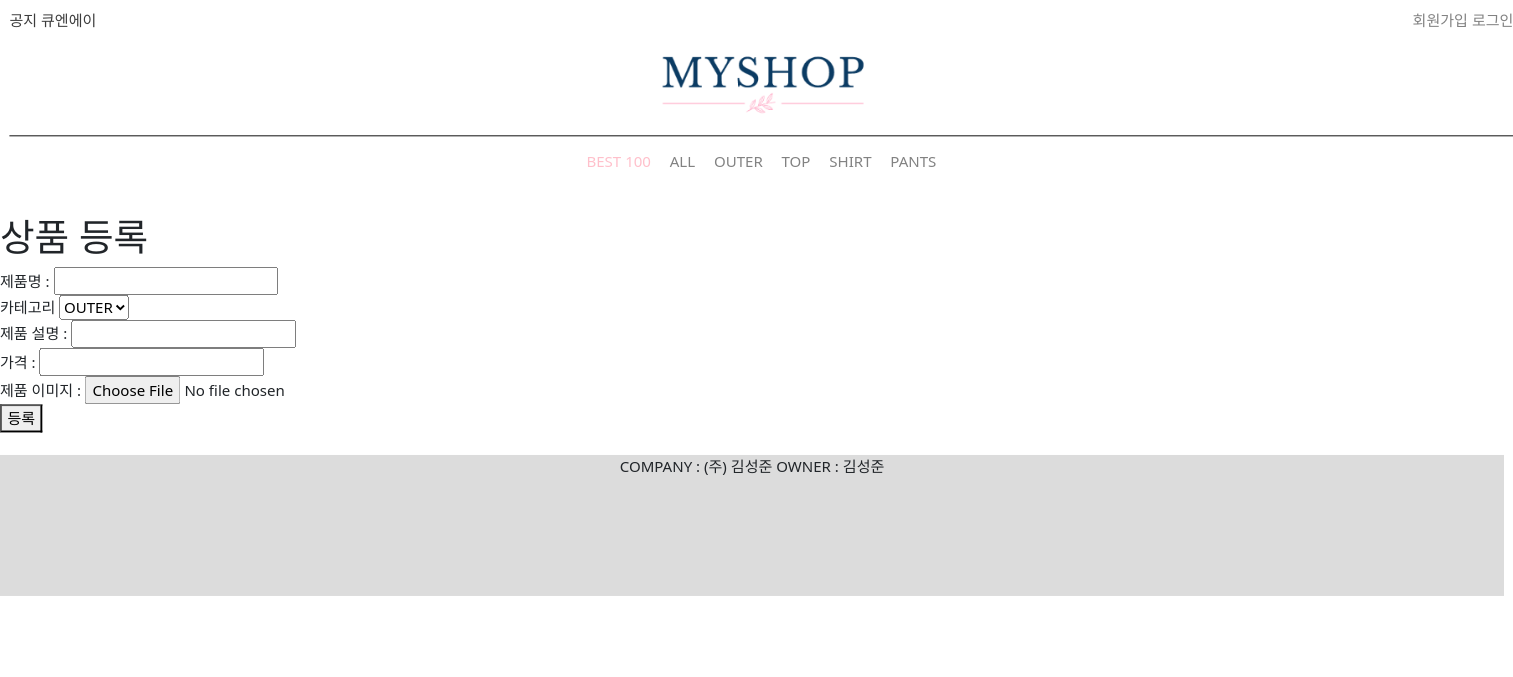
Repository: kkj53051000/MyShop
Page: http://localhost/myshop/WEB-INF/views/product-upload.jsp
The author's editor kept a copy of each file at every save. The page is drawn from the files as they stood at one save, then again after the next save.
The browser window is 1280 px wide. The page is 1610 px wide, so the pictures cover 1610 px, including what lies to the right of the window. The pictures show the whole page, at 94% of full size.
The page is served by Tomcat 9. Nobody is signed in. The template is opened directly, without the code that normally fills it, so the values that code supplies are empty.

Above is the page before, as saved 2021-02-21 06:02:48.

After the next save:
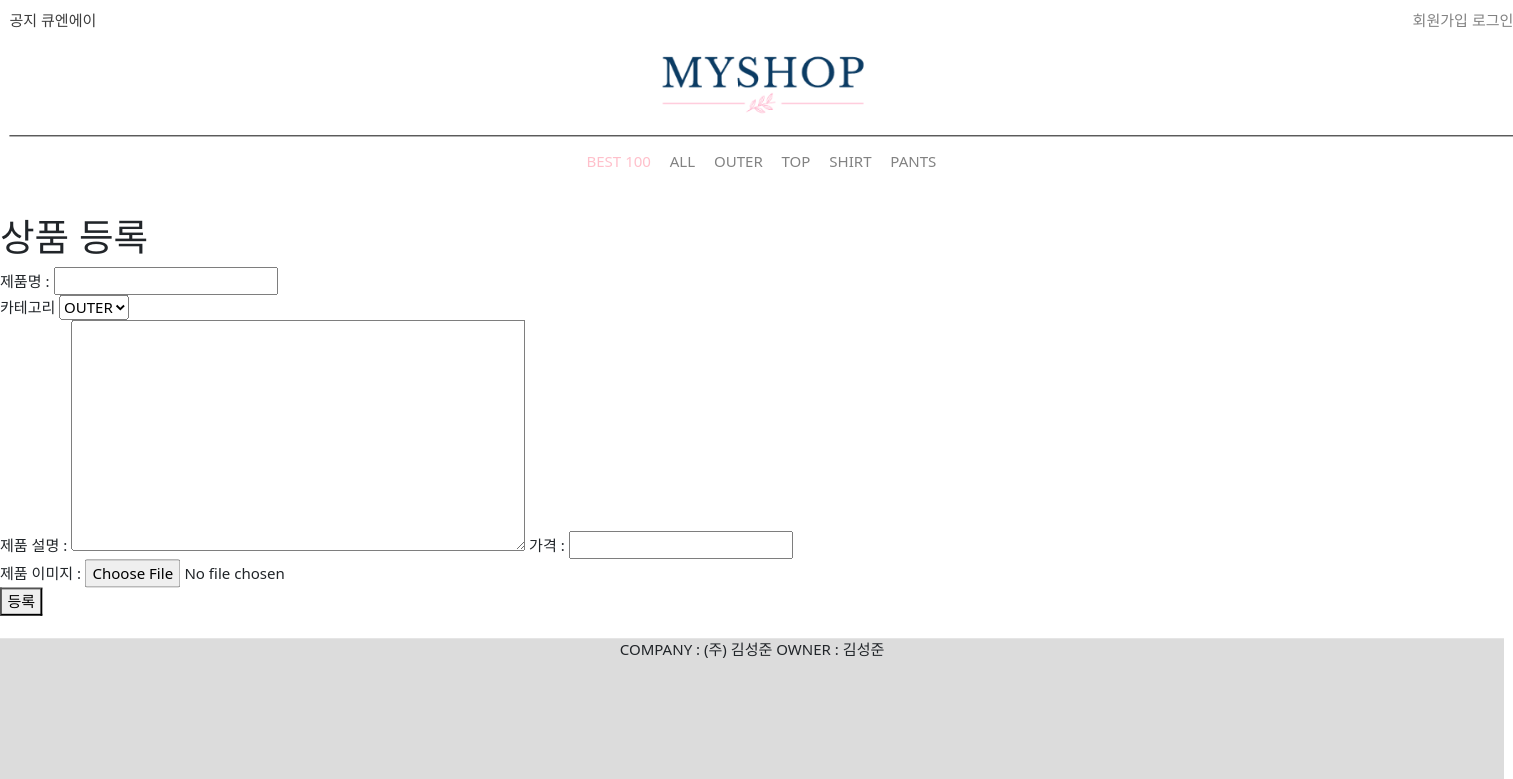
Saved 88 s later.
--- a/myshop/src/main/webapp/WEB-INF/views/product-upload.jsp
+++ b/myshop/src/main/webapp/WEB-INF/views/product-upload.jsp
@@ -20,7 +20,7 @@
 		        <OPTION VALUE="SHIRT">SHIRT</OPTION>
 		        <OPTION VALUE="PANTS">PANTS</OPTION>
 		    </SELECT><br/>
-		   	제품 설명 : <input name="info"/><br/>
+		   	제품 설명 : <textarea name="info" cols="50" rows="10"></textarea>
 			가격 : <input name="price"/><br/>
 			제품 이미지 : <input name="img" type="file"/><br/>
 			<button>등록</button>
